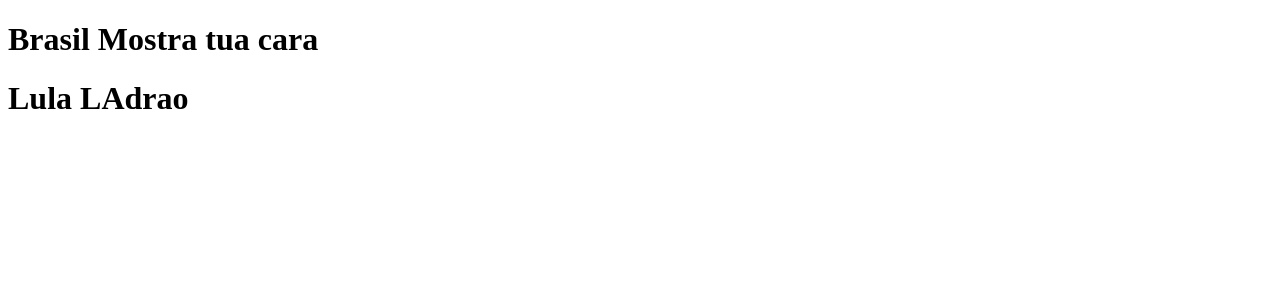
Repository: lcluizrj/meu-projeto-vscode
Page: / (app in cadastro-usuarios-devclub/)
The author's editor kept a copy of each file at every save. The page is drawn from the files as they stood at one save, then again after a run of saves.
The browser window is 1280 px wide. The pictures show the whole page.
The project was rebuilt for these pictures with package versions that can differ from the ones it lists, and the page was loaded fresh each time. Also part of the build but not shown: cadastro-usuarios-devclub/vite.config.js.

Above is the page before, as saved 2026-08-11 18:07:26.

### cadastro-usuarios-devclub/index.html
<!doctype html>
<html lang="en">
  <head>
    <meta charset="UTF-8" />
    <link rel="icon" type="image/svg+xml" href="/favicon.svg" />
    <meta name="viewport" content="width=device-width, initial-scale=1.0" />
    <title>cadastro-usuarios-devclub</title>
  </head>
  <body>
    <div id="root"></div>
    <script type="module" src="/src/main.jsx"></script>
  </body>
</html>

### cadastro-usuarios-devclub/src/App.jsx
function App () {

return (
  <div>
    <h1>Brasil Mostra tua cara</h1>
    <h1> Lula LAdrao </h1>
  </div>
)

}

export default App

### cadastro-usuarios-devclub/src/styles.js
import styled from "styled-components"

export const Container = styled.div `
 background: black;
 border: solid 2px ;
 border-radius: 15;

h1 {
    font-size: 40;
    color: green;

}

`
export const title = styled.h2`

color: brown;
border: blue;
font-size: 100;



`

Loaded but not shown: cadastro-usuarios-devclub/src/main.jsx (common file)

After the next 6 saves:
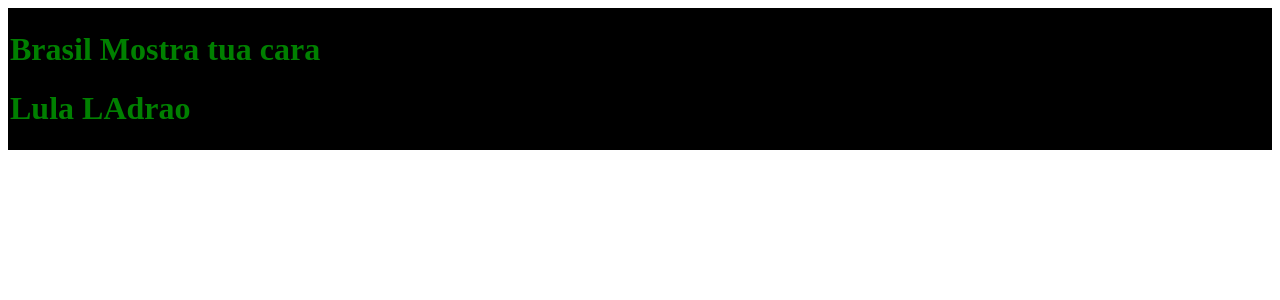
The 6 saves are shown as one change because they came seconds apart.
The last was saved 15 s later.
--- a/cadastro-usuarios-devclub/src/App.jsx
+++ b/cadastro-usuarios-devclub/src/App.jsx
@@ -1,10 +1,12 @@
+import { Container } from "./styles"
+
 function App () {
 
 return (
-  <div>
+  <Container>
     <h1>Brasil Mostra tua cara</h1>
     <h1> Lula LAdrao </h1>
-  </div>
+  </Container>
 )
 
 }
